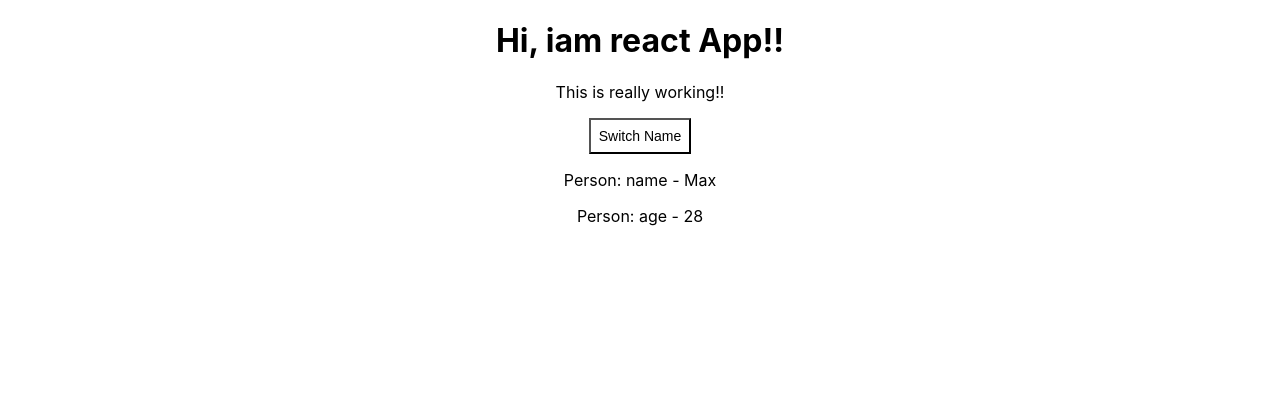
Repository: RohitMalik2/Rohit_react
Page: /
An editor plug-in stored every save of this project. The page is shown before and after the next save, followed by the edit.
The browser window is 1280 px wide. The pictures show the whole page.
The project was rebuilt for these pictures with package versions that can differ from the ones it lists, and the page was loaded fresh each time.

Above is the page before, as saved 2019-11-18 22:26:43.

### src/App.js
import React, { Component } from 'react';
import logo from './logo.svg';
import './App.css';
import Person from './Person/Person'

class App extends Component {

  state = {
    persons: [
      { name: 'Max', age: 28 },
      { name: 'Max2', age: 29 },
      { NAME: 'mAX3', age: 30 }
    ],
    otherState: 'some other state'
  }

  switchNameHandler = (newName) => {
    // Don't do this: this.state.persons[0].name = 'Maximilian'
    this.setState({
      persons: [
        { name: newName, age: 35 },
        { name: 'Max2', age: 29 },
        { NAME: 'mAX3', age: 30 }
      ]
    });
  }

  nameChangeHandler = (event) =>{
    this.setState({
      persons: [
        { name: 'Yash', age: 13 },
        { name: event.target.value, age: 13 },
        { name: 'Yash', age: 13 }
      ]
    })
  }


  render() {
    const style = {
      fontSize: '14px',
      backgroundColor: 'White',
      border: '1px soild blue',
      padding: '8px'
    };

    return (
      <div className="App">
        <h1>Hi, iam react App!!</h1>
        <p>This is really working!!</p>
        <button style={style} onclick={()=> this.switchNameHandler('Max!!')}>Switch Name</button>

        <Person name={this.state.persons[0].name} age={this.state.persons[0].age} />
      </div>
    );
  };

}

export default App;

### src/Person/Person.js
import React from 'react';

const Person = (props) =>{
    return (
       <div>
            <p>Person: name - {props.name}</p>
            <p>Person: age - {props.age}</p>

       </div>
    );
};

export default Person;

Loaded but not shown: public/index.html (common file); src/index.js (common file); src/index.css (common file); src/serviceWorker.js (common file); src/App.css (common file)

After the next save:
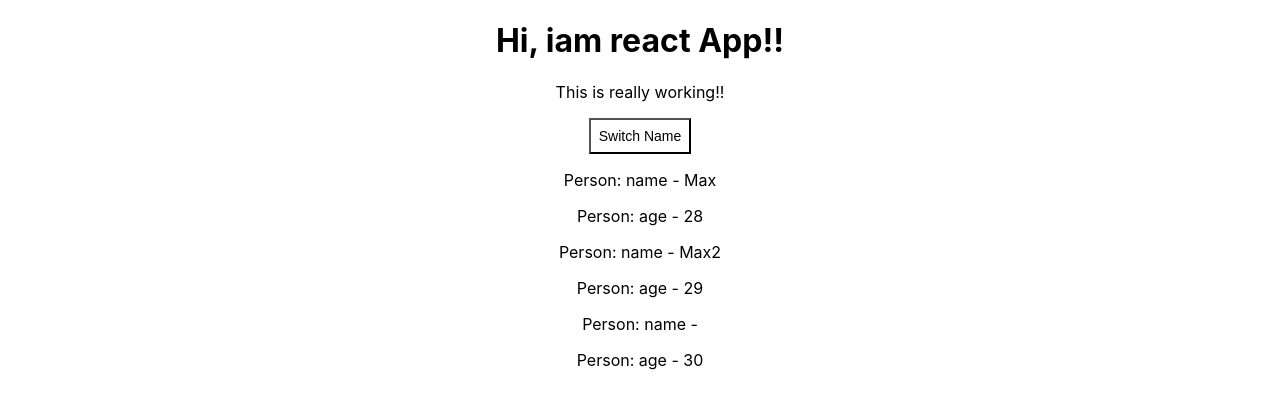
Saved 109 s later.
--- a/src/App.js
+++ b/src/App.js
@@ -51,6 +51,9 @@ class App extends Component {
         <button style={style} onclick={()=> this.switchNameHandler('Max!!')}>Switch Name</button>
 
         <Person name={this.state.persons[0].name} age={this.state.persons[0].age} />
+        <Person name={this.state.persons[1].name} age={this.state.persons[1].age} />
+        <Person name={this.state.persons[2].name} age={this.state.persons[2].age} />
+
       </div>
     );
   };
